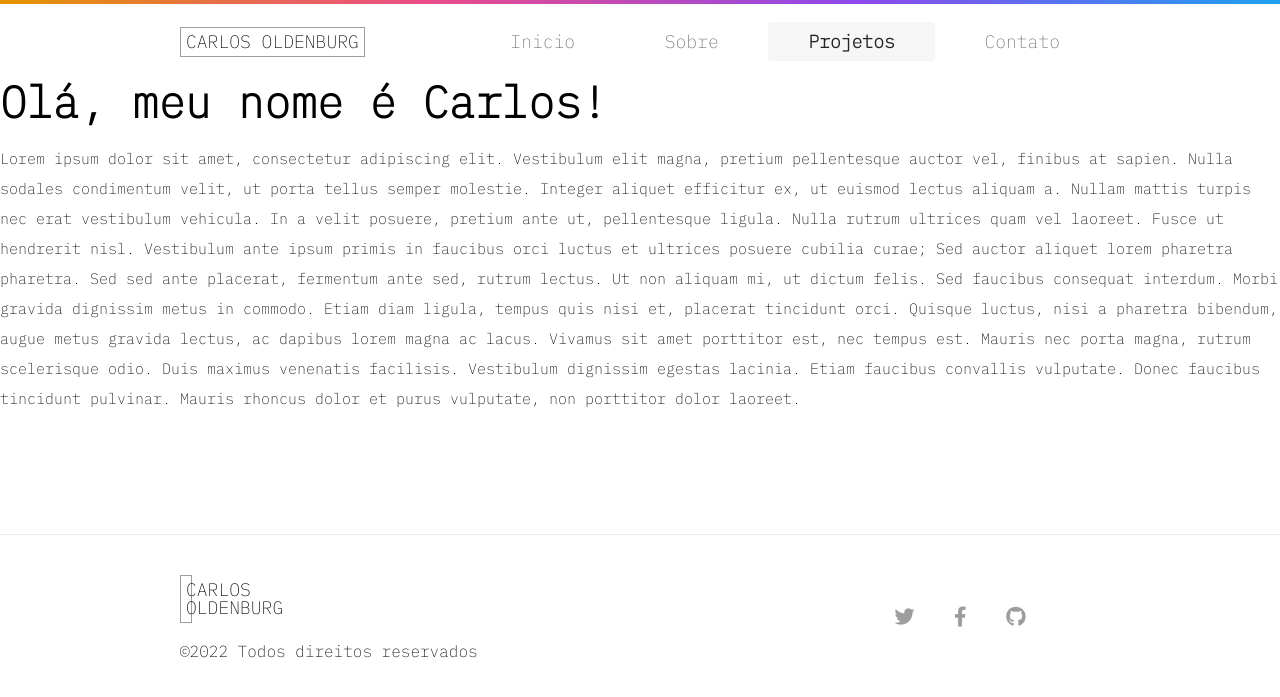
Repository: Carolden/PortfolioCrie
Page: projetos.html
The author's editor kept a copy of each file at every save. The page is drawn from the files as they stood at one save, then again after the next save.
The browser window is 1280 px wide. The pictures show the whole page.

Above is the page before, as saved 2023-05-25 08:31:53.

### projetos.html
<!DOCTYPE html>
<html lang="pr-BR">
<head>
    <meta charset="UTF-8">
    <meta http-equiv="X-UA-Compatible" content="IE=edge">
    <meta name="viewport" content="width=device-width, initial-scale=1.0">
    <title>Carlos Eduardo Oldenburg</title>

    <link rel="stylesheet" href="styles/base/reset.css">
    <link rel="stylesheet" href="styles/base/body.css">
    <link rel="stylesheet" href="styles/layout/container.css">
    <link rel="stylesheet" href="styles/layout/footer.css">
    <link rel="stylesheet" href="styles/layout/header.css">
    <link rel="stylesheet" href="styles/layout/index__section.css">
    <link rel="stylesheet" href="styles/components/header__a.css">
    <link rel="stylesheet" href="styles/components/header__nav.css">
    <link rel="stylesheet" href="styles/components/hr.css">
    <link rel="stylesheet" href="styles/components/name__box.css">
    <link rel="stylesheet" href="styles/components/project__index.css">
    <link rel="stylesheet" href="styles/components/section__contact.css">
    <link rel="stylesheet" href="styles/components/section__image.css">
    <link rel="stylesheet" href="styles/components/section__p.css">
    <link rel="stylesheet" href="styles/components/section__title.css">
    <link rel="stylesheet" href="sobre.html">

    <link rel="preconnect" href="https://fonts.googleapis.com">
    <link rel="preconnect" href="https://fonts.gstatic.com" crossorigin>
    <link href="https://fonts.googleapis.com/css2?family=IBM+Plex+Mono:wght@200&family=Open+Sans:wght@800&display=swap" rel="stylesheet">
    <link rel="stylesheet" href="https://cdnjs.cloudflare.com/ajax/libs/font-awesome/6.4.0/css/all.min.css">


</head>
<body>

    <header class="header">

        <div class="name__container">
            <h2 class="name__box">CARLOS OLDENBURG</h2>
        </div>

        <nav class="header__nav">
            <a href="index.html" class="header__a">Inicio</a>
            <a href="sobre.html" class="header__a"> Sobre</a>
            <a href="projetos.html" class="header__a  active">Projetos</a>
            <a href="#" class="header__a">Contato</a>
        </nav>

    </header>

    <section>

        <div class="about__text">

        <h1 class="section__title section--align">Olá, meu nome é Carlos!</h1>
        <p class="section__p about--p">Lorem ipsum dolor sit amet, consectetur adipiscing elit. Vestibulum elit magna, pretium pellentesque auctor vel, finibus at sapien. Nulla sodales condimentum velit, ut porta tellus semper molestie. Integer aliquet efficitur ex, ut euismod lectus aliquam a. Nullam mattis turpis nec erat vestibulum vehicula.

            In a velit posuere, pretium ante ut, pellentesque ligula. Nulla rutrum ultrices quam vel laoreet. Fusce ut hendrerit nisl. Vestibulum ante ipsum primis in faucibus orci luctus et ultrices posuere cubilia curae; Sed auctor aliquet lorem pharetra pharetra. Sed sed ante placerat, fermentum ante sed, rutrum lectus. Ut non aliquam mi, ut dictum felis.

            Sed faucibus consequat interdum. Morbi gravida dignissim metus in commodo. Etiam diam ligula, tempus quis nisi et, placerat tincidunt orci. Quisque luctus, nisi a pharetra bibendum, augue metus gravida lectus, ac dapibus lorem magna ac lacus. Vivamus sit amet porttitor est, nec tempus est.

            Mauris nec porta magna, rutrum scelerisque odio. Duis maximus venenatis facilisis. Vestibulum dignissim egestas lacinia. Etiam faucibus convallis vulputate. Donec faucibus tincidunt pulvinar. Mauris rhoncus dolor et purus vulputate, non porttitor dolor laoreet.</p>

        </div>

    </section>





    <footer class="footer">

        <div class="name__container footer__column">

            <h2 class="name__box name--footer">CARLOS OLDENBURG</h2>
            <p class="footer__p">©2022 Todos direitos reservados</p>

        </div>

        <div class="footer__column footer__icons">

            <i class="fa-brands fa-twitter contact__icon"></i>
            <i class="fa-brands fa-facebook-f contact__icon"></i>
            <i class="fa-brands fa-github contact__icon"></i>

        </div>

    </footer>

</body>
</html>

### styles/base/body.css
body {
    font-family: 'IBM Plex Mono', monospace;
    overflow-y: scroll;
}

### styles/layout/container.css
.container {
    padding: 0 290px 0 290px;
}

### styles/layout/footer.css
.footer {
    display: flex;
    box-sizing: border-box;
    align-items: center;
    border-top: 1px solid #EAEAEA;
    margin-top: 80px;
    align-items: center;
}

.name--footer {
    margin: 40px 550px 20px 180px;
}

footer p {
    margin: 0 0 40px 180px;
}

.footer__column {
    width: 50%;
}

.footer__icons {
    text-align: center;
}

### styles/layout/header.css
.header {
    display: flex;
    justify-content: space-between;
    height: 80px;
    width: 100%;
    left: 0px;
    top: 4px;
    border-radius: 0px;
    box-sizing: border-box;
    /* position: absolute; */
    align-items: center;
    border-top: 4px;
    border-image: linear-gradient(to right, #E39600, #EA4C89, #8F48EB, #1DA1F2) 1;
    border-style: solid;
}

### styles/layout/index__section.css
.index__section {
    display: flex;
    flex-direction: column;
    align-items: center;
    border-top: 1px solid #EAEAEA;
    padding: 80px 0 50px 0;
}

### styles/components/header__a.css
.header__a {
    padding: 40px;
    text-decoration: none;
    color: #6C6C6C;
    font-size: 18px;
}

.active {
    color: #242424;
    font-weight: 600;
    background: #F6F6F6;
    border-radius: 4px;
    padding-top: 8px;
    padding-bottom: 8px;
}

### styles/components/header__nav.css
.header__nav {
    margin-right: 180px;
}

### styles/components/hr.css
.hr {
    margin: 80px 290px 80px 290px;
    color: #EAEAEA;
}

### styles/components/name__box.css
.name__box {
    border: 1px solid #9D9D9D;
    padding: 5px;
    margin-left: 180px;
    font-size: 18px;
}

### styles/components/project__index.css
.project__h2 {
    padding-bottom: 80px;
    font-size: 24px;
    font-weight: 600;
}

.project__index {
    border: 1px solid #EAEAEA;
    margin: 0 290px 20px 290px;
    display: flex;
    background-color: #FAFAFA;
}

.project__icon {
    font-size: 80px;
    padding: 40px 20px 40px 40px;
    color: #E39600;
}

.project__h3 {
    font-size: 18px;
    font-weight: 600;
    padding: 40px 0 20px 20px;
}

.project__p {
    padding: 0 40px 40px 20px;
}

.icon--color--pink {
    color: #EA4C89;
}

### styles/components/section__contact.css
.section__contact {
    display: flex;
    margin: 0 280px 0 280px;
    align-items: center;
}

.contact__icon {
    padding: 15px;
    font-size: 20px;
    color: #9D9D9D;
}

.contact__button {
    text-decoration: none;
    padding-left: 15px;
    color: #363636;
    font-weight: 600;
    font-size: 15px;
    border: 1px solid #EAEAEA;
    border-radius: 20px;
    background: #FAFAFA;
    padding: 10px 15px;
    margin-left: 15px;
}

### styles/components/section__image.css
.section__image {
    width: 800px;
    height: 800px;
    padding: 40px 0 55px 0;

}

### styles/components/section__p.css
.section__p {
    font-size: 15px;
    font-weight: 400;
    line-height: 30px;
    letter-spacing: 0em;
    text-align: left;
    margin: 0 280px 0 280px;
}

.about--p {
    margin: 0;
    padding-bottom: 40px;
}

### styles/components/section__title.css
.section__title {
    font-size: 44px;
    font-weight: 600;
}

.section--align {
    text-align: left;
    padding-bottom: 20px;
}

### sobre.html
<!DOCTYPE html>
<html lang="pt-BR">
<head>
    <meta charset="UTF-8">
    <meta http-equiv="X-UA-Compatible" content="IE=edge">
    <meta name="viewport" content="width=device-width, initial-scale=1.0">
    <title>Carlos Eduardo Oldenburg</title>

    <link rel="stylesheet" href="styles/base/reset.css">
    <link rel="stylesheet" href="styles/base/body.css">
    <link rel="stylesheet" href="styles/layout/container.css">
    <link rel="stylesheet" href="styles/layout/footer.css">
    <link rel="stylesheet" href="styles/layout/header.css">
    <link rel="stylesheet" href="styles/layout/index__section.css">
    <link rel="stylesheet" href="styles/components/about__text.css">
    <link rel="stylesheet" href="styles/components/header__a.css">
    <link rel="stylesheet" href="styles/components/header__nav.css">
    <link rel="stylesheet" href="styles/components/hr.css">
    <link rel="stylesheet" href="styles/components/name__box.css">
    <link rel="stylesheet" href="styles/components/project__index.css">
    <link rel="stylesheet" href="styles/components/section__contact.css">
    <link rel="stylesheet" href="styles/components/section__image.css">
    <link rel="stylesheet" href="styles/components/section__p.css">
    <link rel="stylesheet" href="styles/components/section__title.css">
    <link rel="stylesheet" href="styles/components/work.css">
    <link rel="stylesheet" href="sobre.html">

    <link rel="preconnect" href="https://fonts.googleapis.com">
    <link rel="preconnect" href="https://fonts.gstatic.com" crossorigin>
    <link href="https://fonts.googleapis.com/css2?family=IBM+Plex+Mono:wght@200&family=Open+Sans:wght@800&display=swap" rel="stylesheet">
    <link rel="stylesheet" href="https://cdnjs.cloudflare.com/ajax/libs/font-awesome/6.4.0/css/all.min.css">

</head>
<body>

    <header class="header">

        <div class="name__container">
            <h2 class="name__box">CARLOS OLDENBURG</h2>
        </div>

        <nav class="header__nav">
            <a href="index.html" class="header__a">Inicio</a>
            <a href="sobre.html" class="header__a active"> Sobre</a>
            <a href="projetos.html" class="header__a">Projetos</a>
            <a href="#" class="header__a">Contato</a>
        </nav>

    </header>

    <section>

        <div class="about__text">

        <h1 class="section__title section--align">Olá, meu nome é Carlos!</h1>
        <p class="section__p about--p">Lorem ipsum dolor sit amet, consectetur adipiscing elit. Vestibulum elit magna, pretium pellentesque auctor vel, finibus at sapien. Nulla sodales condimentum velit, ut porta tellus semper molestie. Integer aliquet efficitur ex, ut euismod lectus aliquam a. Nullam mattis turpis nec erat vestibulum vehicula.

            In a velit posuere, pretium ante ut, pellentesque ligula. Nulla rutrum ultrices quam vel laoreet. Fusce ut hendrerit nisl. Vestibulum ante ipsum primis in faucibus orci luctus et ultrices posuere cubilia curae; Sed auctor aliquet lorem pharetra pharetra. Sed sed ante placerat, fermentum ante sed, rutrum lectus. Ut non aliquam mi, ut dictum felis.

            Sed faucibus consequat interdum. Morbi gravida dignissim metus in commodo. Etiam diam ligula, tempus quis nisi et, placerat tincidunt orci. Quisque luctus, nisi a pharetra bibendum, augue metus gravida lectus, ac dapibus lorem magna ac lacus. Vivamus sit amet porttitor est, nec tempus est.

            Mauris nec porta magna, rutrum scelerisque odio. Duis maximus venenatis facilisis. Vestibulum dignissim egestas lacinia. Etiam faucibus convallis vulputate. Donec faucibus tincidunt pulvinar. Mauris rhoncus dolor et purus vulputate, non porttitor dolor laoreet.</p>

        </div>

    </section>

    <hr class="hr">

    <section class="work">

        <h2 class="work__title">Trabalho</h2>

        <div class="work__container">
            <h3 class="work__subtitle">Virtude Informática</h3>
            <p>Técnico de informática   -   2020 -&emsp;&emsp;&emsp;</p>
        </div>

        <div class="work__container">
            <h3 class="work__subtitle">Sustentare Seguros</h3>
            <p>Auxiliar Administrativo   -   2019 - 2020</p>
        </div>

        <div class="work__container">
            <h3 class="work__subtitle">Banrisul</h3>
            <p class="work__p">Estagiário   -   2017 - 2019</p>
        </div>

    </section>

    <hr class="hr">

    <section class="work">

        <h2 class="work__title">Escolaridade e Cursos</h2>

        <div class="work__container">
            <h3 class="work__subtitle">Univates - Curso Intensivo de Programação</h3>
            <p>Crie_TI   -   2023 -&emsp;&emsp;&emsp;</p>
        </div>

        <div class="work__container">
            <h3 class="work__subtitle">UNINTER - Bacharelado</h3>
            <p>Engenharia de Software   -   2021 -&emsp;&emsp;&emsp;</p>
        </div>

        <div class="work__container">
            <h3 class="work__subtitle">EEEPE - Curso Técnico</h3>
            <p>Técnico de Informática   -   2020 - 2021</p>
        </div>

        <div class="work__container">
            <h3 class="work__subtitle">Univates - Bacharelado</h3>
            <p>Administração de Empresas   -   2014 - 2019</p>
        </div>

    </section>

    <footer class="footer">

        <div class="name__container footer__column">

            <h2 class="name__box name--footer">CARLOS OLDENBURG</h2>
            <p class="footer__p">©2022 Todos direitos reservados</p>

        </div>

        <div class="footer__column footer__icons">

            <i class="fa-brands fa-twitter contact__icon"></i>
            <i class="fa-brands fa-facebook-f contact__icon"></i>
            <i class="fa-brands fa-github contact__icon"></i>

        </div>

    </footer>

</body>
</html>

Loaded but not shown: styles/base/reset.css (common file)

After the next save:
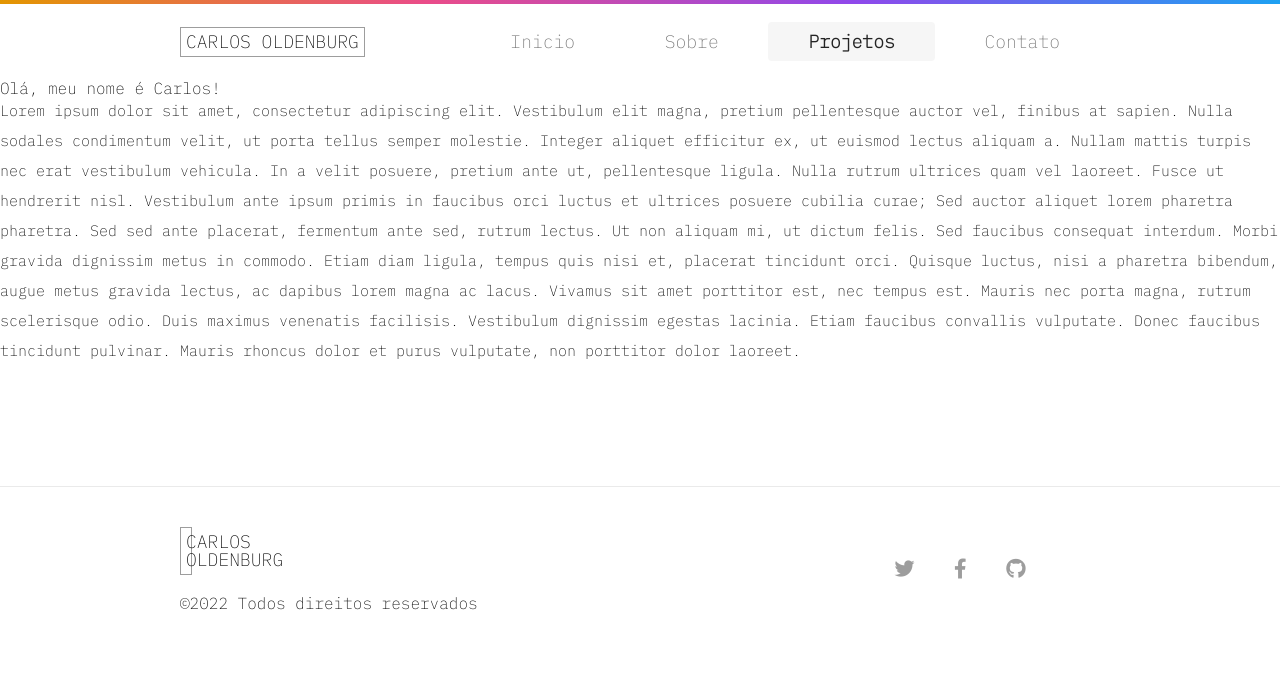
Saved 88 s later.
--- a/projetos.html
+++ b/projetos.html
@@ -51,7 +51,7 @@
 
         <div class="about__text">
 
-        <h1 class="section__title section--align">Olá, meu nome é Carlos!</h1>
+        <h1>Olá, meu nome é Carlos!</h1>
         <p class="section__p about--p">Lorem ipsum dolor sit amet, consectetur adipiscing elit. Vestibulum elit magna, pretium pellentesque auctor vel, finibus at sapien. Nulla sodales condimentum velit, ut porta tellus semper molestie. Integer aliquet efficitur ex, ut euismod lectus aliquam a. Nullam mattis turpis nec erat vestibulum vehicula.
 
             In a velit posuere, pretium ante ut, pellentesque ligula. Nulla rutrum ultrices quam vel laoreet. Fusce ut hendrerit nisl. Vestibulum ante ipsum primis in faucibus orci luctus et ultrices posuere cubilia curae; Sed auctor aliquet lorem pharetra pharetra. Sed sed ante placerat, fermentum ante sed, rutrum lectus. Ut non aliquam mi, ut dictum felis.
